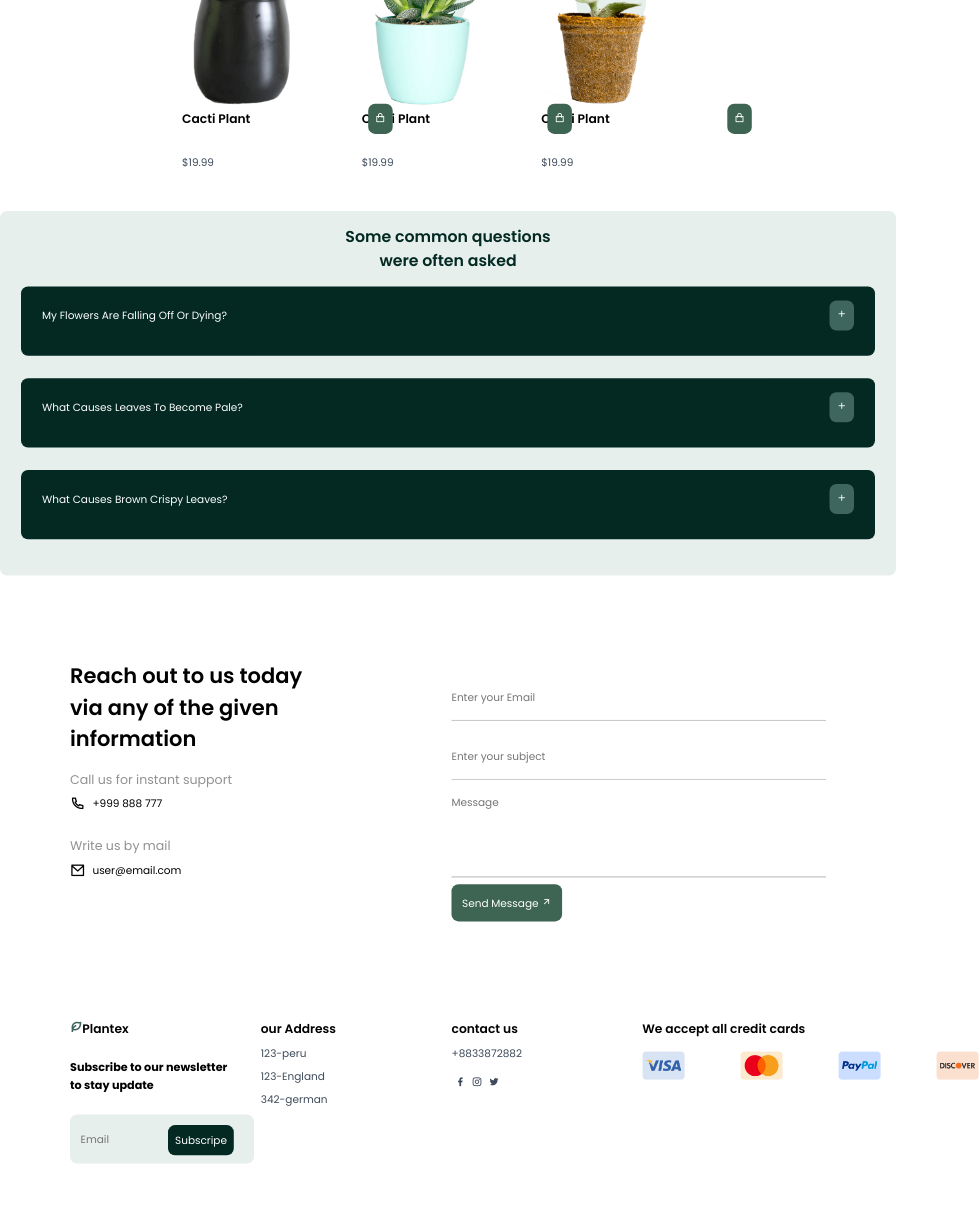
Repository: OmniaRafat232111121/plantwebsite
Page: index.html
An editor plug-in stored every save of this project. The page is shown before and after a run of saves, followed by the edit.
The browser window is 1280 px wide. The page is 1398 px wide, then 1318 px, so the pictures cover 1398 px, including what lies to the right of the window. The pictures show the part of the page from y = 2516 to 4276 px (the page is 4276 px tall), at 70% of full size.

Above is the page before, as saved 2023-01-05 17:13:42.

After the next 2 saves:
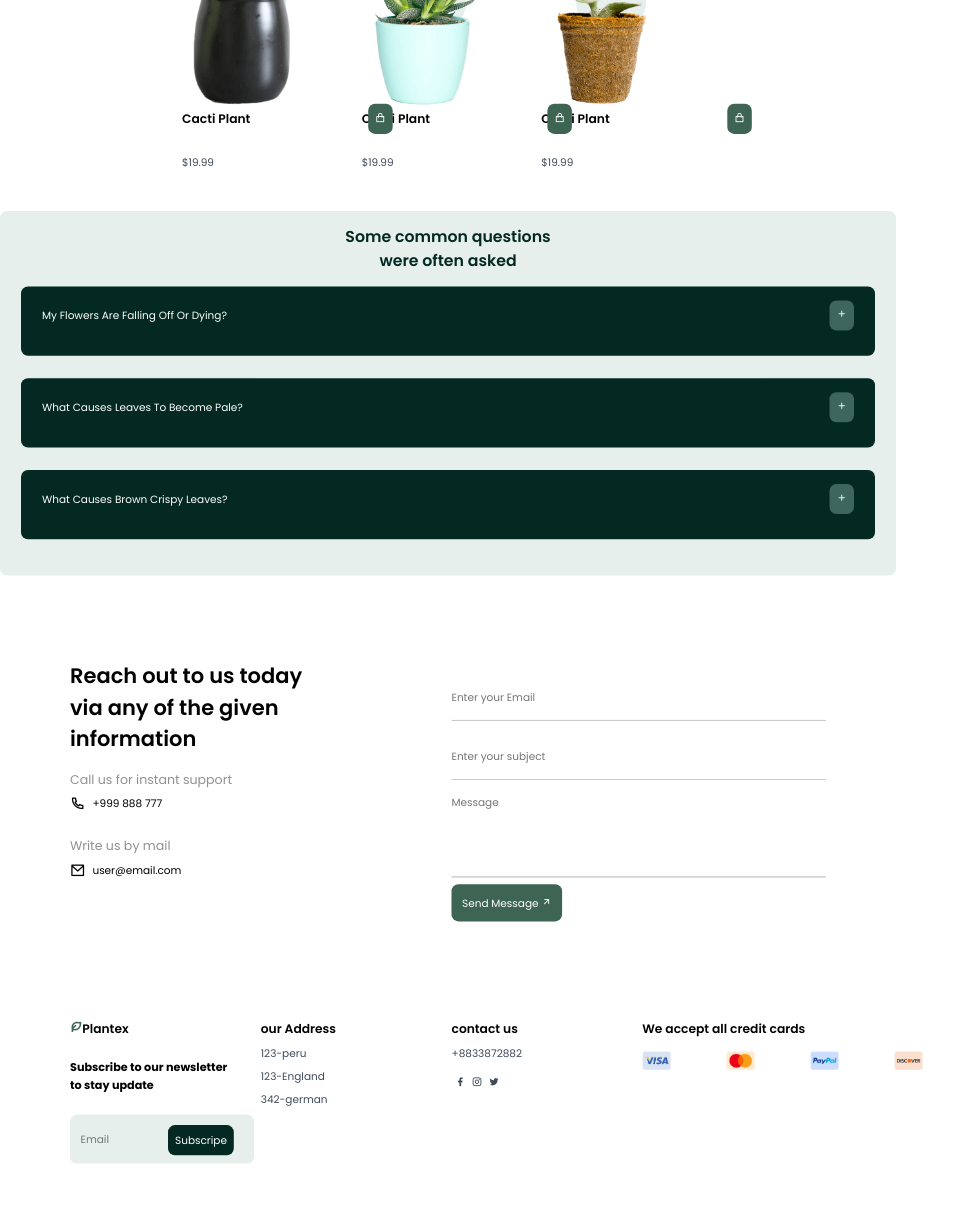
The 2 saves are shown as one change because they came seconds apart.
The last was saved 13 s later.
--- a/assets/css/styles.css
+++ b/assets/css/styles.css
@@ -773,10 +773,10 @@ margin-top: 40px;
   margin-top: 10px;
 }
 .box-images{
-  display: inline-block;
+  display: block;
 }
 .box-images img{
-  width: 60px;
+  width: 40px;
   max-width: 100%;
 
 }
